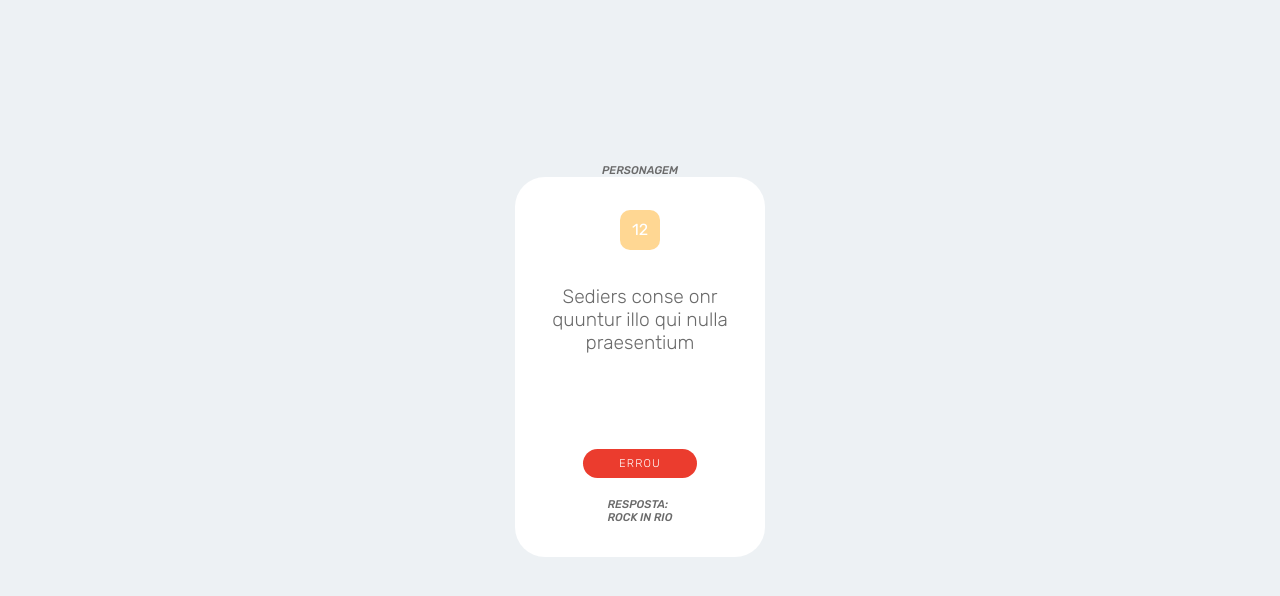
Repository: lucasthaynan/acertai
Page: index.html
An editor plug-in stored every save of this project. The page is shown before and after the next save, followed by the edit.
The browser window is 1280 px wide. The pictures show the whole page.

Above is the page before, as saved 2024-04-14 20:45:18.

### index.html
<!DOCTYPE html>
<html lang="en">
<head>
    <meta charset="UTF-8">
    <meta http-equiv="X-UA-Compatible" content="IE=edge">
    <meta name="viewport" content="width=device-width, initial-scale=1.0">
    <link rel="stylesheet" href="style.css">
    <title>AcertAí - Jogo</title>
</head>
<body>

    <section class="home">

        <div class="head-game">
            <img src="./imagens/logo.png" alt="">
            <div class="curve"></div>
        </div>

        <div class="option-times">
            <div class="two-times">2 times</div>
            <div class="three-times">3 times</div>
        </div>

    </section>

    <section class="info-times">

        <div class="container">
            <div class="name">
                <label>Nome do time</label>
                <input type="text" name="name_time" placeholder="Time A">
            </div>

            <div class="avatar">
                <p>Selecionar avatar</p>
                <div class="options-avatar">

                    <div class="image select" id="a">
                        <img src="./imagens/avatar/avatar_a.jpg" alt="">
                    </div>
                    <div class="image" id="b">
                        <img src="./imagens/avatar/avatar_a.jpg" alt="">
                    </div>
                    <div class="image" id="c">
                        <img src="./imagens/avatar/avatar_a.jpg" alt="">
                    </div>
                    <div class="image" id="d">
                        <img src="./imagens/avatar/avatar_a.jpg" alt="">
                    </div>
                    <div class="image" id="e">
                        <img src="./imagens/avatar/avatar_a.jpg" alt="">
                    </div>
                    <div class="image" id="f">
                        <img src="./imagens/avatar/avatar_a.jpg" alt="">
                    </div>
                </div>

            </div>

            <div class="container-btn">
                <input type="submit" value="Concluir">
            </div>

        </div>
    </section>


    <section class="random-category">
        <div class="category lugar view">
            <p>Lugar</p>
        </div>
        <div class="category personagem">
            <p>Personagem</p>
        </div>
        <div class="category tecnologia">
            <p>Tecnologia</p>
        </div>
        <div class="category objeto">
            <p>Objeto</p>
        </div>
        <div class="category ano">
            <p>Ano</p>
        </div>
    </section>

    <section class="select-tips personagem">

        <div class="name-category">
            <p>Personagem</p>
        </div>

        <div class="container options-game">

            <p>Escolher dica</p>

            <div class="options">
                <div class="btn" id="1">01</div>
                <div class="btn select" id="2">02</div>
                <div class="btn" id="3">03</div>
                <div class="btn" id="4">04</div>
                <div class="btn" id="5">05</div>
                <div class="btn" id="6">06</div>
                <div class="btn" id="7">07</div>
                <div class="btn" id="8">08</div>
                <div class="btn" id="9">09</div>
                <div class="btn" id="10">10</div>
                <div class="btn" id="11">11</div>
                <div class="btn" id="12">12</div>
                <div class="btn" id="13">13</div>
                <div class="btn" id="14">14</div>
                <div class="btn" id="15">15</div>
                <div class="btn" id="16">16</div>
                <div class="btn" id="17">17</div>
                <div class="btn" id="18">18</div>
                <div class="btn" id="19">19</div>
                <div class="btn" id="20">20</div>
            </div>

        </div>

        <div class="container tip">

            <div>
                <div class="number-tip">12</div>
                <div class="phrase">
                    <p>Sediers conse onr quuntur illo qui nulla praesentium</p>
                </div>
                <div class="btns-result">
                    <div class="right">Acertou</div>
                    <div class="missed">Errou</div>
                </div>

                <div class="result-correct">
                    <p>Resposta:</p>
                    <p class="name-correct">Rock in Rio</p>
                </div>
            </div>

        </div>

        <div class="time-process">
            <div class=""></div>
        </div>

    </section>



    <script src="./main.js"></script>
</body>
</html>

### style.css


@import url('https://fonts.googleapis.com/css2?family=Rubik:ital,wght@0,300..900;1,300..900&display=swap');


:root {
  --lugar: #FFD793;
  --personagem: #4074F5;
  --tecnologia: #28A37A;
  --objeto: #FE8369;
  --ano: #AF55CC;

  --bg-secundaria: #4074F5;
  --bg-claro: #FFFFFF;
  --bg: #EDF1F4;

  --text-claro: #FFFFFF;
  --text-escuro: #6A6A6A;

  --border: #E8EAEE;
  --border-active: #4074F5;

  --btn-right: #2FA852;
  --btn-missed: #EB3C2E;
}

* {
  margin: 0;
  padding: 0;

  font-family: "Rubik", sans-serif;
  font-optical-sizing: auto;
  font-size: 1rem;
  font-weight: 400;
  font-style: normal;

}


section {
    display: none;
    width: 100vw;
    height: 100vh;
    flex-direction: column;
    align-items: center;
    justify-content: flex-start;

}

p {
    font-size: 0.7rem;
    color: var(--text-escuro);
    font-style: italic;
    font-weight: 500;
    text-transform: uppercase;
}

/* HOME */

section.home {
    /* display: flex; */
    display: none;
    background-color: var(--bg);
}

section.home > div.head-game {
    display: flex;
    flex-direction: column;
    align-items: center;
    justify-content: center;
    width: 100vw;
    height: 230px;
    background-color: var(--bg-secundaria);
}

section.home > div.head-game img {
    width: 170px;
}

section.home > div.option-times {
    margin-top: 50px;
}

section.home > div.option-times > div {

    background-color: var(--btn-right);
    color: var(--text-claro);
    text-align: center;
    padding: 10px 40px;
    border-radius: 50px;
    margin-top: 30px;

    letter-spacing: 2.5px;
    text-transform: uppercase;
    font-weight: 300;
    font-size: 0.9rem;

    /* filter: drop-shadow(2px 2px 3px #d4d4d4); */

}


/* INFOS TIMES */

section.info-times {
    /* display: flex; */
    display: none;
    justify-content: center;
    align-items: center;
    background-color: var(--bg);
}

section.info-times .container {
    width: 250px;
    height: 400px;
    border-radius: 30px;
    background-color: var(--bg-claro);
}

section.info-times .avatar {
    display: flex;
    flex-direction: row;
    flex-wrap: wrap;
    justify-content: center;
    align-items: center;
}

section.info-times .options-avatar {
    display: flex;
    flex-direction: row;
    flex-wrap: wrap;
    justify-content: center;
    align-items: center;
    gap: 5px;
}


section.info-times .avatar img {
    width: 60px;
    border: 2px solid var(--border);
    border-radius: 16px;
    cursor: pointer;
}

section.info-times .avatar .select > img {
    border: 2px solid var(--border-active);
}

section.info-times .name {
    display: flex;
    flex-direction: column;
    justify-content: center;
    align-items: center;
    margin: 30px 0;
}

section.info-times .name label,
section.info-times .avatar p {
    font-size: 0.7rem;
    color: var(--text-escuro);
    font-style: italic;
    font-weight: 500;
    text-transform: uppercase;
    margin: 7px 0px;
}

section.info-times .container-btn {
    display: flex;
    justify-content: center;
    margin-top: 20px;
}


section.info-times .container-btn input {

    background-color: var(--btn-right);
    color: var(--text-claro);
    text-align: center;
    padding: 8px 25px;
    border-radius: 50px;
    margin-top: 15px;

    letter-spacing: 2.5px;
    text-transform: uppercase;
    font-weight: 300;
    font-size: 0.7rem;

    border: 0px;

}



section.info-times {
    /* display: flex; */
    display: none;
    justify-content: center;
    align-items: center;
    background-color: var(--bg);
}


/* RANDOM CATEGORY */

section.random-category {
    /* display: flex; */
    display: none;
    justify-content: center;
    align-items: center;
    background-color: var(--bg);
}

section.random-category .category {
    display: none;
    width: 100vw;
    height: 100vh;

}

section.random-category .category p {
    background-color: rgba(0, 0, 0, 0.208);
    color: var(--text-claro);
    text-align: center;
    padding: 10px 40px;
    border-radius: 50px;
    margin-top: 15px;

    letter-spacing: 2.5px;
    text-transform: uppercase;
    font-weight: 300;
    font-size: 1.2rem;

    border: 0px;
}

section.random-category .category.view {
    display: flex;
    /* display: none; */
    justify-content: center;
    align-items: center;
    background-color: var(--lugar);
}


section.random-category .category.lugar {
    background-color: var(--lugar);
}

section.random-category .category.personagem {
    background-color: var(--personagem);
}

section.random-category .category.tecnologia {
    background-color: var(--tecnologia);
}

section.random-category .category.ano {
    background-color: var(--ano);
}

section.random-category .category.objeto {
    background-color: var(--objeto);
}



/* SELECT TIPS */

section.select-tips {
    display: flex;
    /* display: none; */
    justify-content: center;
    align-items: center;
    flex-direction: column;
    background-color: var(--bg);
}


section.select-tips .container {
    width: 250px;
    height: 380px;
    border-radius: 30px;
    background-color: var(--bg-claro);
}

section.select-tips .container.options-game {
    /* display: flex; */
    display: none;
    flex-direction: column;
    justify-content: center;
    align-items: center;
}

section.select-tips .container.options-game .options {
    display: flex;
    flex-direction: row;
    justify-content: center;
    align-items: center;
    flex-wrap: wrap;
    gap: 8px;
    padding: 20px 20px;
}

section.select-tips .container.options-game .options div.btn {
    width: 20px;
    height: 20px;
    background-color: var(--lugar);
    padding: 10px;
    border-radius: 10px;
    display: flex;
    justify-content: center;
    align-items: center;
    color: var(--text-claro);
    cursor: pointer;
}


section.select-tips .container.options-game .options div.btn.select {
    opacity: 0.4;
    cursor: none;
    pointer-events: none;
}

section.select-tips .container.tip,
section.select-tips .container.tip > div {
    display: flex;
    /* display: none; */
    flex-direction: column;
    justify-content: center;
    align-items: center;

}

section.select-tips .container.tip > div {
    padding: 30px;
    gap: 20px;
}
section.select-tips .container.tip .number-tip {
    width: 20px;
    height: 20px;
    background-color: var(--lugar);
    padding: 10px;
    border-radius: 10px;
    display: flex;
    justify-content: center;
    align-items: center;
    color: var(--text-claro);
    cursor: pointer;
}

section.select-tips .container.tip .phrase {
    height: 100px;
    display: flex;
    justify-content: center;
    align-items: center;
}

section.select-tips .container.tip .phrase p {
    text-align: center;
    font-size: 1.2rem;
    font-style: normal;
    font-weight: 300;
    text-transform: none;
}


section.select-tips .container.tip .right,
section.select-tips .container.tip .missed {

    color: var(--text-claro);
    text-align: center;
    padding: 8px 25px;
    border-radius: 50px;
    margin-top: 15px;

    letter-spacing: 2.2px;
    text-transform: uppercase;
    font-weight: 300;
    font-size: 0.7rem;

    border: 0px;
}

section.select-tips .container.tip .missed {

    background-color: var(--btn-missed);
    color: var(--text-claro);
    text-align: center;
    padding: 8px 25px;
    border-radius: 50px;
    margin-top: 15px;

    letter-spacing: 1.2px;
    text-transform: uppercase;
    font-weight: 300;
    font-size: 0.7rem;

    border: 0px;
}

### main.js
let dataCartas;

// Função para carregar o JSON via Fetch
function carregarCartas() {
    fetch('./data/cartas.json')
        .then(response => {
            if (!response.ok) {
                throw new Error('Erro ao carregar o arquivo JSON');
            }
            return response.json();
        })
        .then(data => {
            dataCartas = data.cartas;
            // Aqui você pode fazer o que quiser com os dados carregados
            console.log(data);
            // Por exemplo, você pode chamar uma função para manipular as cartas
            manipularCartas(data.cartas);
        })
        .catch(error => {
            console.error('Ocorreu um erro:', error);
        });
}

// Função para embaralhar a ordem das afirmações
function embaralharAfirmações(afirmações) {
    // Copiando o array de afirmações
    const afirmaçõesEmbaralhadas = afirmações.slice();
    // Embaralhando o array
    for (let i = afirmaçõesEmbaralhadas.length - 1; i > 0; i--) {
        const j = Math.floor(Math.random() * (i + 1));
        [afirmaçõesEmbaralhadas[i], afirmaçõesEmbaralhadas[j]] = [afirmaçõesEmbaralhadas[j], afirmaçõesEmbaralhadas[i]];
    }
    return afirmaçõesEmbaralhadas;
}

// Função para manipular as cartas
function manipularCartas(cartas) {
    // Aqui você pode fazer o que quiser com as cartas, como exibir na tela, etc.
    // Por enquanto, vamos apenas imprimir no console
    cartas.forEach(carta => {
        console.log('Categoria:', carta.categoria);
        console.log('Resposta:', carta.resposta);
        console.log('Dificuldade:', carta.dificuldade);
        console.log('Afirmações:');
        const afirmaçõesEmbaralhadas = embaralharAfirmações(carta.afirmações);
        afirmaçõesEmbaralhadas.forEach(afirmação => {
            console.log('-', afirmação);
        });
        console.log('------------------');
    });
}

// Chamando a função para carregar as cartas quando a página é carregada
carregarCartas();

### data/cartas.json
{
    "cartas": [
      {
        "categoria": "Tecnologia",
        "resposta": "QR Code",
        "id": "TEC-01",
        "dificuldade": "médio",
        "afirmações": [
          "Foi criado no Japão",
          "É uma forma de código de barras",
          "Usado para armazenar informações",
          "Pode ser escaneado por smartphones",
          "Utilizado em pagamentos móveis",
          "Desenvolvido originalmente para a indústria automotiva",
          "Possui padrão de matriz quadrada",
          "Pode ser usado em marketing",
          "Armazena mais dados que um código de barras tradicional",
          "Sua leitura é rápida",
          "Contém padrões de erro para integridade de dados",
          "Pode ser personalizado esteticamente",
          "Utilizado em ingressos de eventos",
          "Também serve para acessar sites",
          "Pode conter vCards em eventos de networking",
          "Utilizado em ações de realidade aumentada",
          "Popular em campanhas publicitárias",
          "Pode codificar informação em ambos os eixos",
          "Usado em cartões de visita digitais",
          "Crescente uso em sistemas de saúde"
        ]
      },
      {
        "categoria": "Personagem",
        "resposta": "Cleópatra",
        "id": "PER-01",
        "dificuldade": "médio",
        "afirmações": [
          "Foi a última rainha do Egito",
          "Conhecida por sua beleza e inteligência",
          "Teve um caso com Júlio César",
          "Aliou-se politicamente com Marco Antônio",
          "Descendente da dinastia de Ptolomeu",
          "Sua morte marcou o fim do Egito Ptolomaico",
          "Conhecida por sua habilidosa diplomacia",
          "Famosa por um banho de leite",
          "Representada frequentemente em obras de arte",
          "Uma figura popular na história romana",
          "Foi mãe de Caesário",
          "Sua morte foi por suicídio, dizem, com uma áspide",
          "Ela reinou por 21 anos",
          "Habilmente manteve o poder enquanto aliada de Roma",
          "Tentou restaurar o prestígio de seu reino",
          "Reputada por ser poliglota",
          "Sua história foi dramatizada por Shakespeare",
          "Conhecida também por suas conquistas científicas",
          "Foi um ícone feminino da antiguidade",
          "Sua vida inspirou numerosos filmes"
        ]
      },
      {
        "categoria": "Lugar",
        "resposta": "Ilha de Páscoa",
        "id": "LUG-01",
        "dificuldade": "médio",
        "afirmações": [
          "Localizada no Oceano Pacífico",
          "Conhecida pelos moais, grandes estátuas de pedra",
          "Território é uma província do Chile",
          "É um dos locais mais isolados habitados do mundo",
          "Primeiro contato europeu em 1722",
          "Também chamada de Rapa Nui",
          "Polinésios são considerados os primeiros habitantes",
          "Tem um clima subtropical",
          "É uma atração turística popular",
          "A ilha tem uma área de cerca de 163 km²",
          "Os moais foram criados para honrar antepassados importantes",
          "Inscrita como Patrimônio Mundial da UNESCO",
          "Sua ecologia sofreu devido ao desmatamento",
          "A ilha também possui um vulcão adormecido",
          "Existem teorias sobre a extinção da cultura local",
          "A população local restringe turistas para conservar a cultura",
          "Artefatos antigos são encontrados por toda a ilha",
          "Tem um aeroporto que conecta ao continente",
          "Estudos indicam que a ilha foi povoada no século IV",
          "A ilha tem uma limitada biodiversidade devida à isolamento"
        ]
      },
      {
        "categoria": "Ano",
        "resposta": "1969",
        "id": "ANO-01",
        "dificuldade": "médio",
        "afirmações": [
          "Neil Armstrong pisou na Lua",
          "Woodstock atraiu cerca de 400 mil pessoas",
          "O Concorde fez seu primeiro voo de teste",
          "Richard Nixon tornou-se presidente dos EUA",
          "Primeiro episódio de 'Monty Python' foi ao ar",
          "Internet teve sua precursora, a ARPANET, iniciada",
          "Os Beatles fizeram sua última apresentação pública",
          "O primeiro transplant de olho foi realizado",
          "Liberdade para o amor, do Led Zeppelin, foi lançado",
          "A tropa de elite dos EUA sofreu em embate em Hamburger Hill",
          "O filme 'Butch Cassidy' foi um sucesso de bilheteira",
          "O Boeing 747 fez seu voo inaugural comercial",
          "A Ponte do Rio Kwai desabou",
          "Metralhadoras dispararam pela primeira vez em uma guerra",
          "O projeto Apollo foi televisionado ao vivo",
          "A Sesame Street estreou na televisão dos EUA",
          "Foi introduzida a classificação indicativa em filmes",
          "Os Mets ganharam a World Series pela primeira vez",
          "Primeiro transplante de coração artificial temporário",
          "O Vaticano iniciou reformas litúrgicas"
        ]
      },
      {
        "categoria": "Objeto",
        "resposta": "Fita Cassete",
        "id": "OBJ-01",
        "dificuldade": "fácil",
        "afirmações": [
          "Usada para gravação e reprodução de som",
          "Formato popular nas décadas de 70 e 80",
          "Vendida inicialmente em 1963",
          "Desenvolvida pela Philips",
          "Compacta e portátil comparada a alternativas",
          "Revolutionou a maneira como as pessoas ouviam música",
          "Gradualmente substituída por CDs",
          "Usava fita magnética para armazenar dados",
          "Possuía dois lados, A e B",
          "Pode ser rebobinada e avançada",
          "Foi parte do primeiro Sony Walkman",
          "Permitia criar mixtapes personalizadas",
          "Comumente usada em gravadores e tocadores de fita",
          "Sua qualidade de som é considerada baixa hoje",
          "Foi crucial para a disseminação do punk e novas ondas",
          "Suas vendas declinaram nos anos 90",
          "Experienciando um revival nostálgico",
          "Artistas modernos às vezes lançam neste formato",
          "Prone a enroscar e emaranhar",
          "Uma alternativa mais conveniente aos LPs de vinil"
        ]
      }
    ]
  }

After the next save:
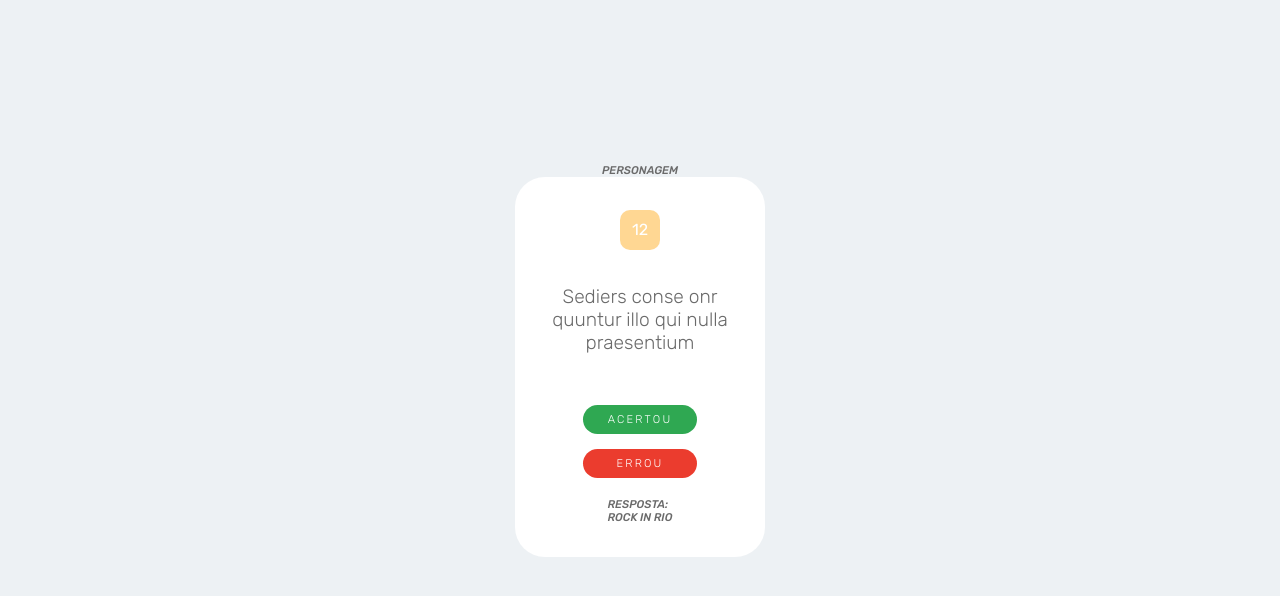
Saved 21 s later.
--- a/style.css
+++ b/style.css
@@ -381,19 +381,11 @@ section.select-tips .container.tip .missed {
     border: 0px;
 }
 
+section.select-tips .container.tip .right {
+    background-color: var(--btn-right);
+}
+
 section.select-tips .container.tip .missed {
-
     background-color: var(--btn-missed);
-    color: var(--text-claro);
-    text-align: center;
-    padding: 8px 25px;
-    border-radius: 50px;
-    margin-top: 15px;
-
-    letter-spacing: 1.2px;
-    text-transform: uppercase;
-    font-weight: 300;
-    font-size: 0.7rem;
-
-    border: 0px;
-}
+
+}
